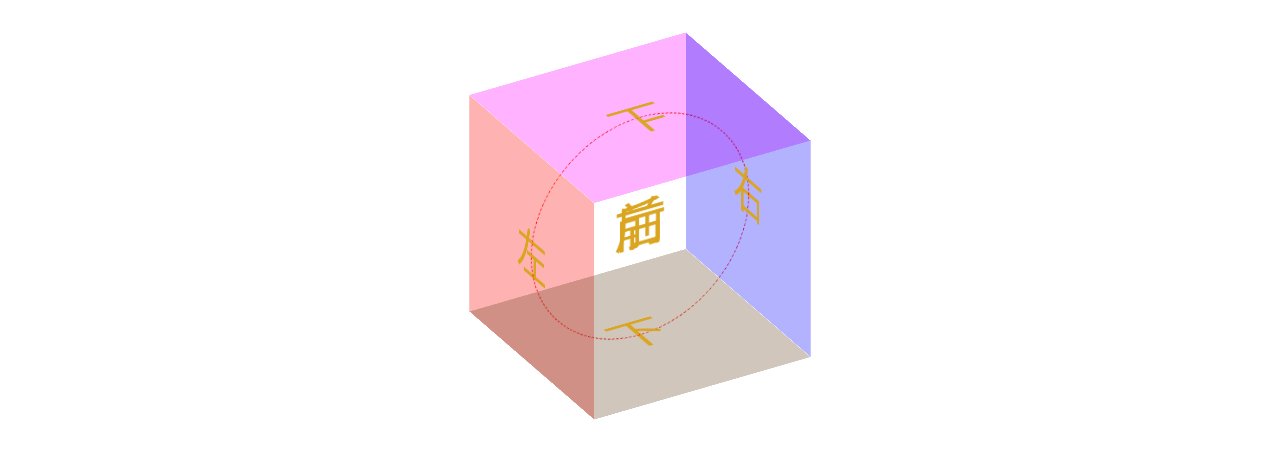
Repository: Germtao/Web
Page: web_css/css3_动画.html
These files come from the project's save history. The page is drawn as it stood at one moment and after the next save; the edit follows.
The browser window is 1280 px wide. The pictures show the whole page.

Above is the page before, as saved 2020-11-03 15:17:35.

### web_css/css3_动画.html
<!DOCTYPE html>
<html lang="en">

<head>
  <meta charset="UTF-8">
  <meta name="viewport" content="width=device-width, initial-scale=1.0">
  <title>CSS3-动画</title>

  <!-- <style>
    .box {
      width: 200px;
      height: 200px;
      background-color: green;
      margin: 100px auto;

      /* 只让宽度在变化时进行过渡 */
      /* transition: width 2s linear 0s; */

      /* 宽度、背景色在变化时，进行过渡 */
      transition: all 2s linear 0s;
    }

    .box:hover {
      width: 500px;
      background-color: orange;
    }
  </style> -->

  <!-- 过渡动画：商品详情 -->
  <!-- <style>
    body {
      margin: 0;
      padding: 0;
      background-color: #eeeeee;
    }

    .content {
      width: 800px;
      height: 320px;
      padding-left: 20px;
      margin: 80px auto;
    }

    .item {
      width: 230px;
      height: 300px;
      text-align: center;
      margin-right: 20px;
      background-color: #FFF;
      float: left;
      position: relative;
      top: 0;
      /* 让溢出的内容隐藏起来。意思是让下方的橙色方形先躲起来 */
      overflow: hidden;
      /* 从最初到鼠标悬停时的过渡 */
      transition: all .5s;
    }

    .item img {
      margin-top: 30px;
    }

    .item .desc {
      position: absolute;
      left: 0;
      bottom: -80px;
      width: 100%;
      height: 80px;
      background-color: #ff6700;
      transition: all .5s;
    }

    /* 鼠标悬停时，让 item 整体往上移动5px，且加一点阴影 */
    .item:hover {
      top: -5px;
      box-shadow: 0 0 15px #AAA;
    }

    /* 鼠标悬停时，让下方的橙色方形现身 */
    .item:hover .desc {
      bottom: 0;
    }
  </style> -->

  <!-- 2D转换动画 -->
  <!-- <style>
    .box {
      width: 1000px;
      margin: 100px auto;
    }

    /* .box div { */
    .box>div {
      width: 300px;
      height: 150px;
      background-color: pink;
      float: left;
      margin-right: 15px;
      color: white;
      text-align: center;
      font: 400 30px/150px "宋体";
    }

    /* .box .box2 {
      background-color: greenyellow;
      transition: all 1s;
    } */
    div:nth-child(2) {
      background-color: greenyellow;
      transition: all 1s;
    }

    div:nth-child(3) {
      transition: all 2s;
    }

    /* .box .box2:hover {
      background-color: green; */
    /* 缩放 */
    /* transform: scale(2, 0.5); */
    /* } */
    div:nth-child(2):hover {
      background-color: green;
      /* 位移 */
      transform: translate(-50%, 50%);
    }

    div:nth-child(3):hover {
      transform: rotate(-405deg);
    }
  </style> -->

  <!-- 3D 转换 -->
  <!-- <style>
    .rotateX {
      width: 300px;
      height: 226px;
      margin: 200px auto;

      /*
        透视: 加给变换的父盒子
        设置的是用户的眼睛距离 平面的距离
        透视效果只是视觉上的呈现，并不是正真的3d
      */
      perspective: 110px;
    }

    img {
      transition: transform 2s;
    }

    /* 所有的3d旋转，对着正方向去看，都是顺时针旋转 */
    .rotateX:hover img {
      /* transform: rotateX(360deg); */
      /* transform: rotateY(360deg); */
      transform: rotateZ(360deg);
    }
  </style> -->

  <!-- 3D转换 案例 -->
  <!-- <style>
    body {
      background-color: cornflowerblue;
    }

    .box {
      width: 300px;
      height: 300px;
      margin: 50px auto;
      position: relative;
    }

    .box>div {
      width: 100%;
      height: 100%;
      position: absolute;
      border-radius: 50%;
      transition: all 2s;
      backface-visibility: hidden;
    }

    .box1 {
      /* 默认显示图片的左半边 */
      background: url(img/example.png) left 0 no-repeat;
    }

    .box2 {
      background: url(img/example.png) right 0 no-repeat;
      /* 让图片的右半边默认时，旋转180度，就可以暂时隐藏起来 */
      transform: rotateY(180deg);
    }

    .box:hover .box1 {
      /* 让图片的左半边转消失 */
      transform: rotateY(180deg);
    }

    .box:hover .box2 {
      /* 让图片的左半边转出现 */
      transform: rotateY(0deg);
    }
  </style> -->

  <!-- 3D转换: 位移 -->
  <!-- <style>
    body {
      /* 给box的父元素加透视效果, 为了 Z 效果能显示 */
      perspective: 1000px;
    }

    .box {
      width: 200px;
      height: 200px;
      background: green;
      transition: all 1s;
      margin: 200px auto;
    }

    .box:hover {
      /* transform: translateX(100px); */
      /* transform: translateY(100px); */
      transform: translateZ(100px);
    }
  </style> -->

  <!-- 3D呈现（transform-style）-->
  <style>
    .box {
      width: 250px;
      height: 250px;
      border: 1px dashed red;
      margin: 100px auto;
      position: relative;
      border-radius: 50%;

      /* 让子盒子保持3d效果 */
      transform-style: preserve-3d;

      transform: rotateX(30deg) rotateY(-30deg);
    }

    .box>div {
      width: 100%;
      height: 100%;
      position: absolute;
      text-align: center;
      line-height: 250px;
      font-size: 60px;
      color: #daa520;
    }

    .left {
      background-color: rgba(255, 0, 0, 0.3);
      /* 变换中心 */
      transform-origin: left;
      transform: rotateY(90deg) translateX(-125px);
    }

    .right {
      background-color: rgba(0, 0, 255, 0.3);
      transform-origin: right;
      transform: rotateY(90deg) translateX(125px);
    }

    .up {
      background: rgba(255, 0, 255, 0.3);
      transform: rotateX(90deg) translateZ(125px);
    }

    .down {
      background: rgba(99, 66, 33, 0.3);
      transform: rotateX(-90deg) translateZ(125px);
    }
  </style>
</head>

<body>
  <!-- <div class="box"></div> -->

  <!-- 过渡动画：商品详情 -->
  <!-- <div class="content">
    <div class="item">
      <img src="img/倪妮.jpg" alt="">
    </div>

    <div class="item">
      <img src="img/宋轶.jpeg" alt="">
      <span class="desc"></span>
    </div>

    <div class="item">
      <img src="img/李沁.jpg" alt="">
      <span class="desc"></span>
    </div>
  </div> -->

  <!-- 2D转换动画 -->
  <!-- <div class="box">
    <div class="box1">1</div>
    <div class="box2">2</div>
    <div class="box3">3</div>
  </div> -->

  <!-- 3D转换: 旋转 -->
  <!-- <div class="rotateX">
    <img src="img/宋轶.jpeg" alt="">
  </div> -->

  <!-- 3D转换: 旋转demo -->
  <!-- <div class="box">
    <div class="box1"></div>
    <div class="box2"></div>
  </div> -->

  <!-- 3D转换: 位移 -->
  <!-- <div class="box"></div> -->

  <!-- 3D呈现（transform-style）-->
  <div class="box">
    <div class="up">上</div>
    <div class="down">下</div>
    <div class="left">左</div>
    <div class="right">右</div>
    <div class="forward">前</div>
    <div class="back">后</div>
  </div>
</body>

</html>

After the next save:
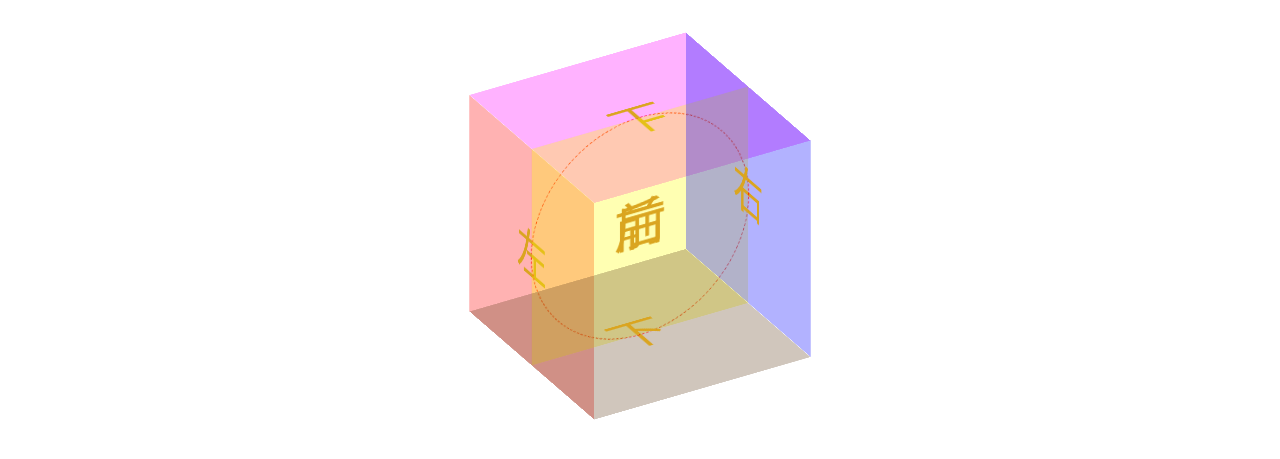
Saved 23 s later.
--- a/web_css/css3_动画.html
+++ b/web_css/css3_动画.html
@@ -271,6 +271,10 @@
       background: rgba(99, 66, 33, 0.3);
       transform: rotateX(-90deg) translateZ(125px);
     }
+
+    .forward {
+      background: rgba(255, 255, 0, 0.3);
+    }
   </style>
 </head>
 
